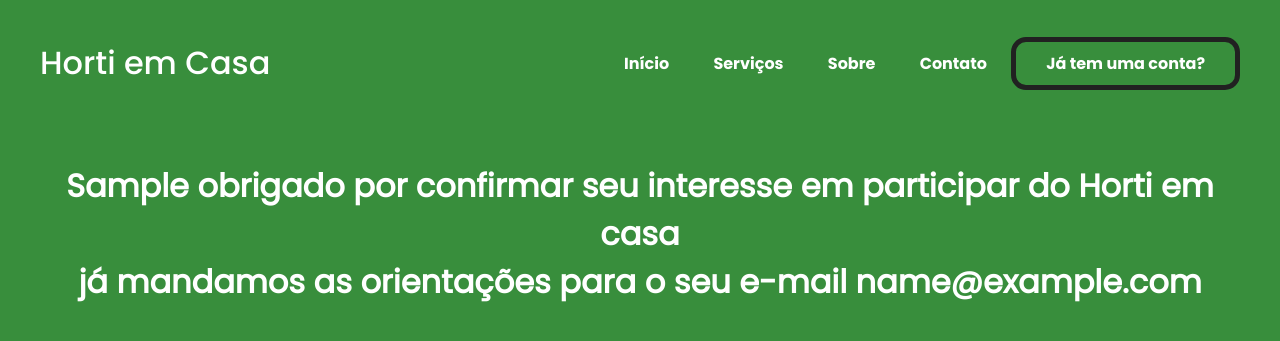
Repository: gabrielcastroo/horti-em-casa
Page: index.html
The author's editor kept a copy of each file at every save. The page is drawn from the files as they stood at one save, then again after the next save.
The browser window is 1280 px wide. The pictures show the whole page.
Empty fields were first filled with sample values (such as "Sample", 5 or name@example.com).
After loading, the first visible `#submit` was clicked once.

Above is the page before, as saved 2022-04-26 15:15:32.

After the next save:
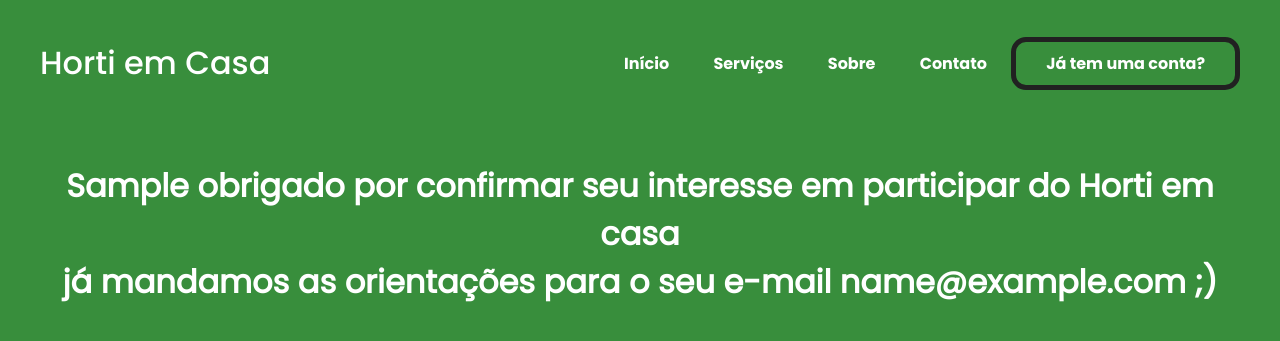
Saved 18 s later.
--- a/js/script.js
+++ b/js/script.js
@@ -8,7 +8,7 @@
     const email = document.querySelector("#email").value;
     const content = document.querySelector("main");
 
-    content.innerHTML= `<span id="content-user"> ${name} obrigado por confirmar seu interesse em participar do Horti em casa <br> já mandamos as orientações para o seu e-mail ${email}</span>`;
+    content.innerHTML= `<span id="content-user"> ${name} obrigado por confirmar seu interesse em participar do Horti em casa <br> já mandamos as orientações para o seu e-mail ${email} ;)</span>`;
     console.log(name + " " + email)
 
 })
